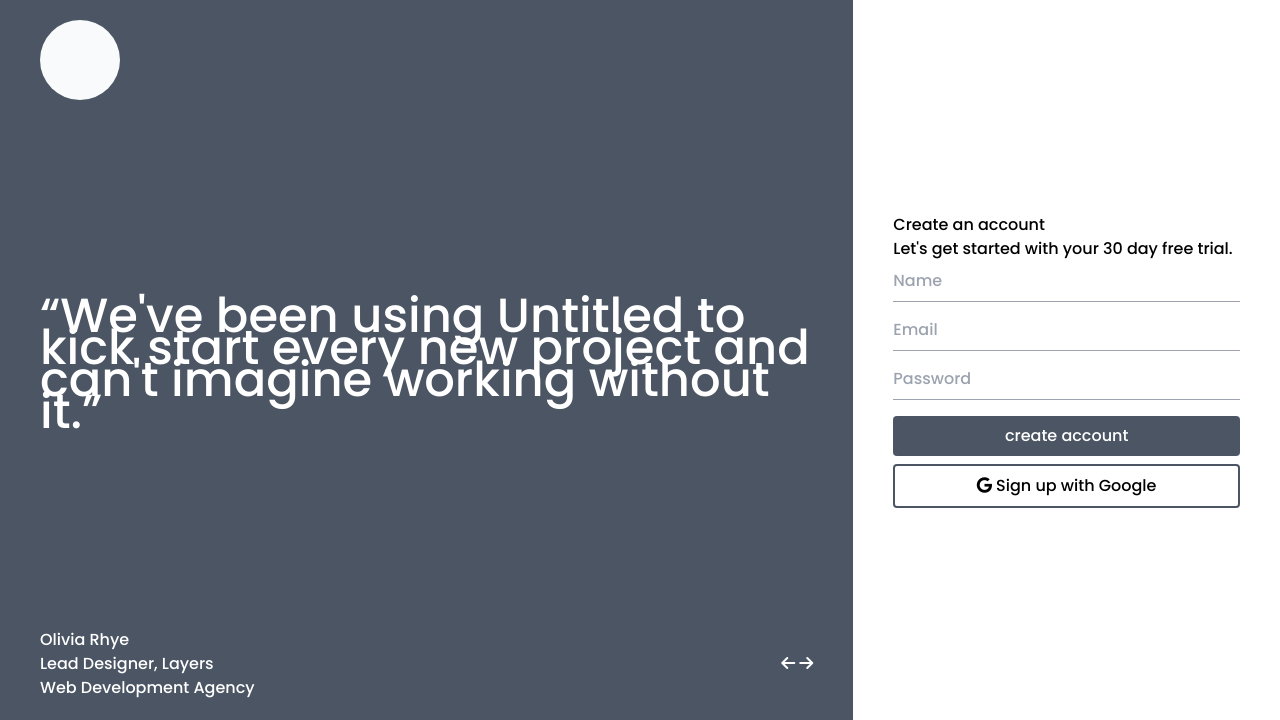
Repository: debthebuilder/youtube-html-contact-form-tailwindcss
Page: contact.html
These files come from the project's save history. The page is drawn as it stood at one moment and after the next save; the edit follows.
The browser window is 1280 px wide. The pictures show the whole page.
Some web libraries are served in a nearby version.

Above is the page before, as saved 2022-08-03 05:55:00.

### contact.html
<!DOCTYPE html>
<html lang="en">
<head>
    <meta charset="UTF-8">
    <meta http-equiv="X-UA-Compatible" content="IE=edge">
    <meta name="viewport" content="width=device-width, initial-scale=1.0">
    <link rel="stylesheet" href="https://cdnjs.cloudflare.com/ajax/libs/font-awesome/6.1.2/css/all.min.css" integrity="sha512-1sCRPdkRXhBV2PBLUdRb4tMg1w2YPf37qatUFeS7zlBy7jJI8Lf4VHwWfZZfpXtYSLy85pkm9GaYVYMfw5BC1A==" crossorigin="anonymous" referrerpolicy="no-referrer" />
    <link rel="preconnect" href="https://fonts.googleapis.com">
    <link rel="preconnect" href="https://fonts.gstatic.com" crossorigin>
    <link href="https://fonts.googleapis.com/css2?family=Poppins:wght@300;500;600&display=swap" rel="stylesheet">
    <script src="https://cdn.tailwindcss.com"></script>
    <title>HTML Contact Form</title>
    <style>
        body{
            font-family: 'Poppins', sans-serif;
        }
    </style>
</head>
<body>
    <div class="w-full h-screen flex">
        <!--Background Image with Overlay text-->
        <div class="w-4/6 bg-gray-600 text-white flex flex-col justify-between py-5 px-10">
            <a href="#" class="block">
                <div class="w-20 h-20 bg-gray-50 rounded-full"></div>
            </a>
            <q class="text-5xl leading-8">We've been using Untitled to kick start every new project and can't imagine working without it.</q>
            <div class="flex flex-row items-center justify-between">
                <div>
                    <h3>Olivia Rhye</h3>
                    <div>Lead Designer, Layers</div>
                    <span>Web Development Agency</span>
                </div>
                <div>
                    <span>
                        <i class="fa-solid fa-arrow-left"></i>
                    </span>
                    <span>
                        <i class="fa-solid fa-arrow-right"></i>
                    </span>
                </div>
            </div>
        </div>
        <!--Form-->
        <div class="w-2/6 px-10 flex flex-col justify-center">
            <h2>Create an account</h2>
            <span>Let's get started with your 30 day free trial.</span>
            <form>
                <input type="text" name="name" placeholder="Name" class="w-full border-b border-gray-400 pb-2 focus:outline-none focus:border-0 focus:border-b-2 my-2">
                <input type="email" name="email" placeholder="Email" class="w-full border-b border-gray-400 pb-2 focus:outline-none focus:border-0 focus:border-b-2 my-2">
                <input type="password" name="password" placeholder="Password" class="w-full border-b border-gray-400 pb-2 focus:outline-none focus:border-0 focus:border-b-2 my-2">
                <button class="block bg-gray-600 w-full py-2 rounded my-2 text-white">create account</button>
                <button class="block border-2 border-gray-600  w-full py-2 rounded"><span class="mr-1"><i class="fa-brands fa-google"></i></span>Sign up with Google</button>
            </form>
        </div>
    </div>
</body>
</html>

After the next save:
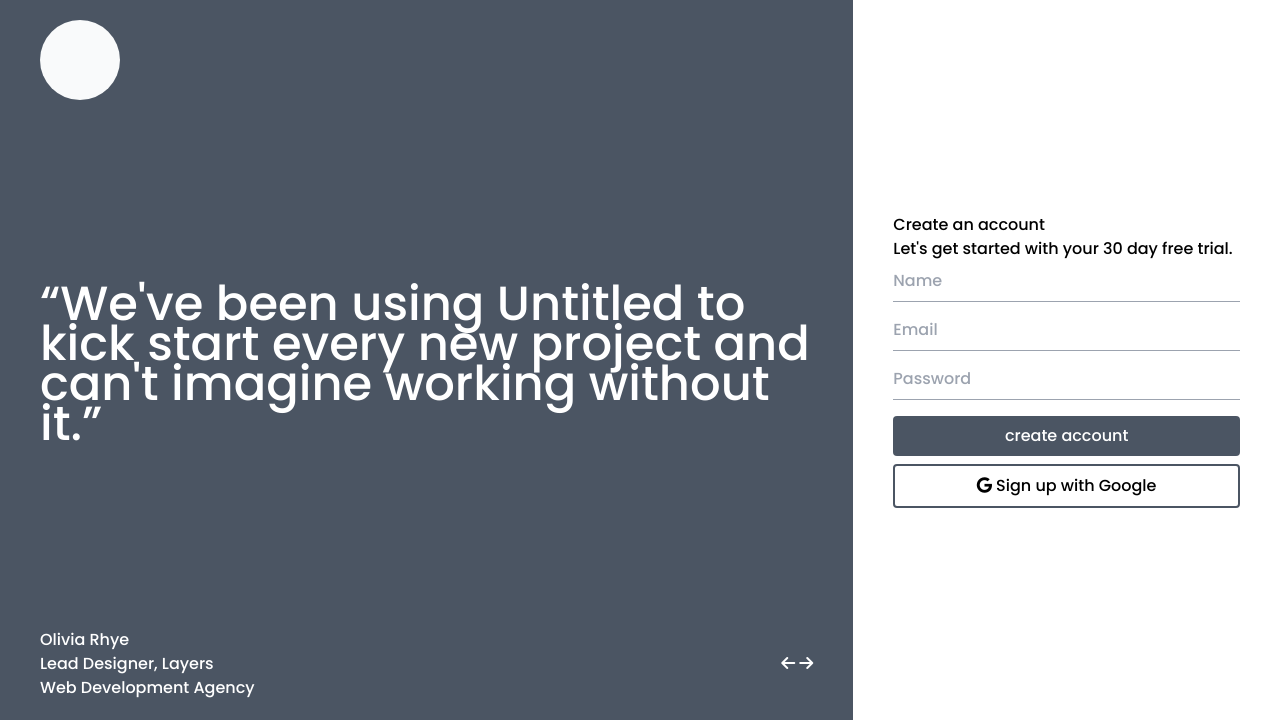
Saved 32 s later.
--- a/contact.html
+++ b/contact.html
@@ -23,7 +23,7 @@
             <a href="#" class="block">
                 <div class="w-20 h-20 bg-gray-50 rounded-full"></div>
             </a>
-            <q class="text-5xl leading-8">We've been using Untitled to kick start every new project and can't imagine working without it.</q>
+            <q class="text-5xl leading-10">We've been using Untitled to kick start every new project and can't imagine working without it.</q>
             <div class="flex flex-row items-center justify-between">
                 <div>
                     <h3>Olivia Rhye</h3>
